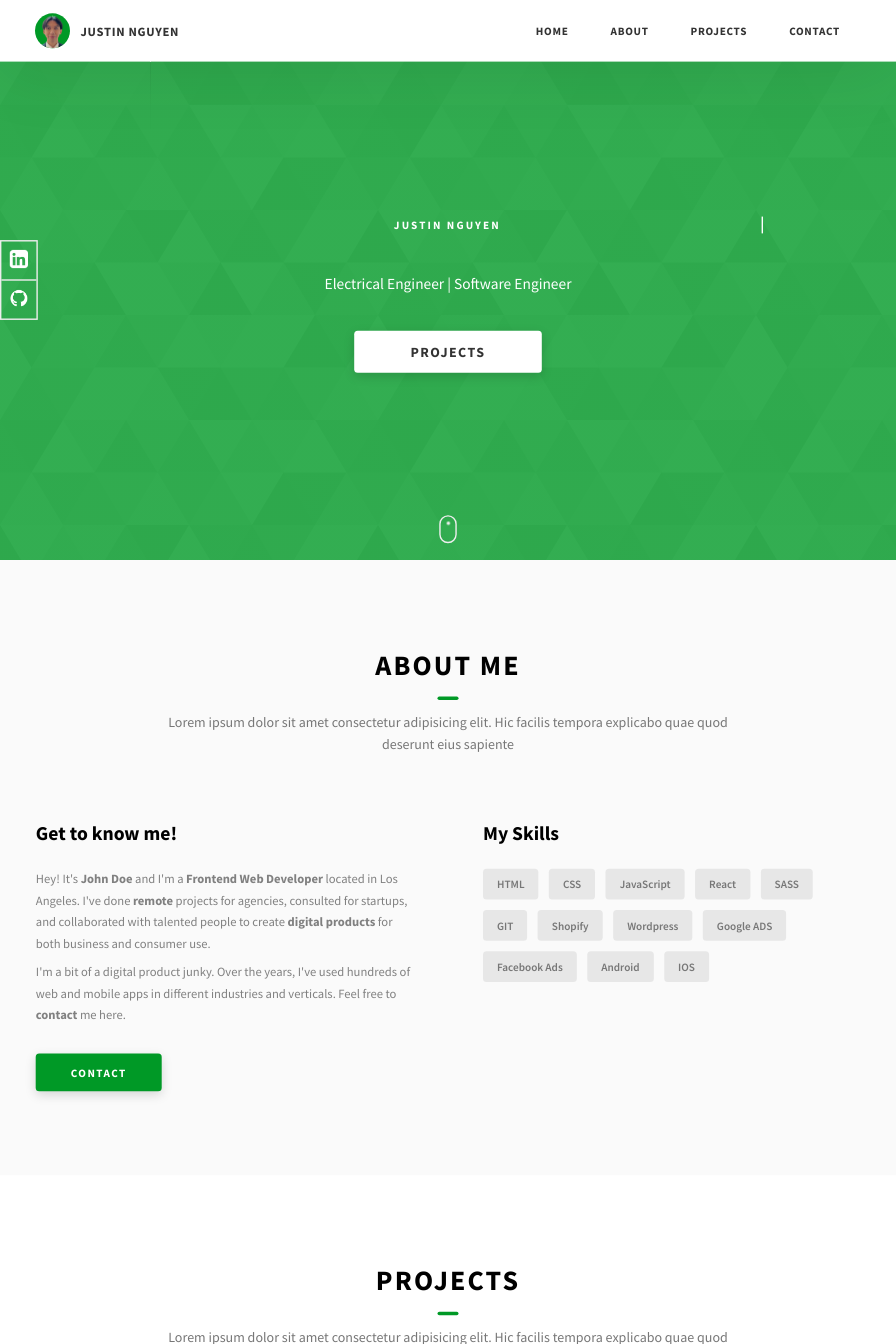
Repository: justinknguyen/Personal-Portfolio
Page: index.html
These files come from the project's save history. The page is drawn as it stood at one moment and after the next save; the edit follows.
The browser window is 1280 px wide. The pictures show the part of the page from y = 0 to 1920 px (the page is 5203 px tall), at 70% of full size.
The style sheet was rebuilt from its Sass, Less or Tailwind sources for each picture, by a compiler version that may differ from the author's.

Above is the page before, as saved 2022-09-02 11:07:06.

### index.html
<!DOCTYPE html>
<html lang="en">
  <head>
    <meta charset="UTF-8" />
    <meta name="viewport" content="width=device-width, initial-scale=1.0" />
    <meta http-equiv="X-UA-Compatible" content="ie=edge" />
    <title>Justin Nguyen</title>
    <meta name="description" content="Portfolio Template for Developer" />

    <link rel="stylesheet" href="css/style.css" />
    <link rel="icon" href="./assets/png/favicon.png">

    <link rel="preconnect" href="https://fonts.googleapis.com" />
    <link rel="preconnect" href="https://fonts.gstatic.com" crossorigin />
    <link
      href="https://fonts.googleapis.com/css2?family=Source+Sans+Pro:wght@400;600;700;900&display=swap"
      rel="stylesheet"
    />
  </head>
  <body>
    <!-- **** Header of Homepage **** -->
    <header class="header">
      <div class="header__content">
        <div class="header__logo-container">
          <div class="header__logo-img-cont">
            <img
              src="./assets/png/justin.png"
              alt="Justin Nguyen Logo Image"
              class="header__logo-img"
            />
          </div>
          <span class="header__logo-sub">Justin Nguyen</span>
        </div>
        <div class="header__main">
          <ul class="header__links">
            <li class="header__link-wrapper">
              <a href="./index.html" class="header__link"> Home </a>
            </li>
            <li class="header__link-wrapper">
              <a href="./index.html#about" class="header__link">About </a>
            </li>
            <li class="header__link-wrapper">
              <a href="./index.html#projects" class="header__link">
                Projects
              </a>
            </li>
            <li class="header__link-wrapper">
              <a href="./index.html#contact" class="header__link"> Contact </a>
            </li>
          </ul>
          <div class="header__main-ham-menu-cont">
            <img
              src="./assets/svg/ham-menu.svg"
              alt="hamburger menu"
              class="header__main-ham-menu"
            />
            <img
              src="./assets/svg/ham-menu-close.svg"
              alt="hamburger menu close"
              class="header__main-ham-menu-close d-none"
            />
          </div>
        </div>
      </div>
      <div class="header__sm-menu">
        <div class="header__sm-menu-content">
          <ul class="header__sm-menu-links">
            <li class="header__sm-menu-link">
              <a href="./index.html"> Home </a>
            </li>

            <li class="header__sm-menu-link">
              <a href="./index.html#about"> About </a>
            </li>

            <li class="header__sm-menu-link">
              <a href="./index.html#projects"> Projects </a>
            </li>

            <li class="header__sm-menu-link">
              <a href="./index.html#contact"> Contact </a>
            </li>
          </ul>
        </div>
      </div>
    </header>
    <!-- END Header -->

    <!-- **** Hero Section of Homepage **** -->
    <section class="home-hero">
      <div class="home-hero__content">

        <!-- <div class="container"> -->
          <!-- <div class="typed-out"> -->
            <h1 class="heading-primary"><span class="typed-out">Justin Nguyen</span></h1>
          <!-- </div> -->
        <!-- </div> -->

        <div class="home-hero__info">
          <p class="text-primary">
            Electrical Engineer | Software Engineer
          </p>
        </div>
        <div class="home-hero__cta">
          <a href="./#projects" class="btn btn--bg">Projects</a>
        </div>
      </div>
      <div class="home-hero__socials">
        <div class="home-hero__social">
          <a
            href="https://www.linkedin.com/in/justin-nguyen-194339184"
            class="home-hero__social-icon-link"
          >
            <img
              src="./assets/png/linkedin-ico.png"
              alt="icon"
              class="home-hero__social-icon"
            />
          </a>
        </div>
        <div class="home-hero__social">
          <a
            href="https://github.com/justinknguyen"
            class="home-hero__social-icon-link home-hero__social-icon-link--bd-none"
          >
            <img
              src="./assets/png/github-ico.png"
              alt="icon"
              class="home-hero__social-icon"
            />
          </a>
        </div>
      </div>
      <div class="home-hero__mouse-scroll-cont">
        <div class="mouse"></div>
      </div>
    </section>
    <!-- /END Hero Section -->

    <!-- **** About Section of Homepage **** -->
    <section id="about" class="about sec-pad">
      <div class="main-container">
        <h2 class="heading heading-sec heading-sec__mb-med">
          <span class="heading-sec__main">About Me</span>
          <span class="heading-sec__sub">
            Lorem ipsum dolor sit amet consectetur adipisicing elit. Hic facilis
            tempora explicabo quae quod deserunt eius sapiente
          </span>
        </h2>
        <div class="about__content">
          <div class="about__content-main">
            <h3 class="about__content-title">Get to know me!</h3>
            <div class="about__content-details">
              <p class="about__content-details-para">
                Hey! It's
                <strong>John Doe</strong>
                and I'm a <strong> Frontend Web Developer </strong> located in
                Los Angeles. I've done
                <strong> remote </strong>
                projects for agencies, consulted for startups, and collaborated
                with talented people to create
                <strong>digital products </strong>
                for both business and consumer use.
              </p>
              <p class="about__content-details-para">
                I'm a bit of a digital product junky. Over the years, I've used
                hundreds of web and mobile apps in different industries and
                verticals. Feel free to
                <strong>contact</strong> me here.
              </p>
            </div>
            <a href="./#contact" class="btn btn--med btn--theme dynamicBgClr"
              >Contact</a
            >
          </div>
          <div class="about__content-skills">
            <h3 class="about__content-title">My Skills</h3>
            <div class="skills">
              <div class="skills__skill">HTML</div>
              <div class="skills__skill">CSS</div>
              <div class="skills__skill">JavaScript</div>
              <div class="skills__skill">React</div>
              <div class="skills__skill">SASS</div>
              <div class="skills__skill">GIT</div>
              <div class="skills__skill">Shopify</div>
              <div class="skills__skill">Wordpress</div>
              <div class="skills__skill">Google ADS</div>
              <div class="skills__skill">Facebook Ads</div>
              <div class="skills__skill">Android</div>
              <div class="skills__skill">IOS</div>
            </div>
          </div>
        </div>
      </div>
    </section>
    <!-- END About Section -->

    <!-- **** Projects Section of Homepage **** -->
    <section id="projects" class="projects sec-pad">
      <div class="main-container">
        <h2 class="heading heading-sec heading-sec__mb-bg">
          <span class="heading-sec__main">Projects</span>
          <span class="heading-sec__sub">
            Lorem ipsum dolor sit amet consectetur adipisicing elit. Hic facilis
            tempora explicabo quae quod deserunt eius sapiente
          </span>
        </h2>

        <div class="projects__content">
          <div class="projects__row">
            <div class="projects__row-img-cont">
              <img
                src="./assets/jpeg/project-mockup-example.jpeg"
                alt="Software Screenshot"
                class="projects__row-img"
                loading="lazy"
              />
            </div>
            <div class="projects__row-content">
              <h3 class="projects__row-content-title">Project 1</h3>
              <p class="projects__row-content-desc">
                Lorem ipsum dolor sit amet consectetur adipisicing elit. Hic
                facilis tempora, explicabo quae quod deserunt eius sapiente
                praesentium.
              </p>
              <a
                href="./project-1.html"
                class="btn btn--med btn--theme dynamicBgClr"
                target="_blank"
                >Case Study</a
              >
            </div>
          </div>
          <div class="projects__row">
            <div class="projects__row-img-cont">
              <img
                src="./assets/jpeg/project-mockup-example.jpeg"
                alt="Software Screenshot"
                class="projects__row-img"
                loading="lazy"
              />
            </div>
            <div class="projects__row-content">
              <h3 class="projects__row-content-title">Project 2</h3>
              <p class="projects__row-content-desc">
                Lorem ipsum dolor sit amet consectetur adipisicing elit. Hic
                facilis tempora, explicabo quae quod deserunt eius sapiente
                praesentium.
              </p>
              <a
                href="./project-2.html"
                class="btn btn--med btn--theme dynamicBgClr"
                target="_blank"
                >Case Study</a
              >
            </div>
          </div>
          <div class="projects__row">
            <div class="projects__row-img-cont">
              <img
                src="./assets/jpeg/project-mockup-example.jpeg"
                alt="Software Screenshot"
                class="projects__row-img"
                loading="lazy"
              />
            </div>
            <div class="projects__row-content">
              <h3 class="projects__row-content-title">Project 3</h3>
              <p class="projects__row-content-desc">
                Lorem ipsum dolor sit amet consectetur adipisicing elit. Hic
                facilis tempora, explicabo quae quod deserunt eius sapiente
                praesentium.
              </p>
              <a
                href="./project-3.html"
                class="btn btn--med btn--theme dynamicBgClr"
                target="_blank"
                >Case Study</a
              >
            </div>
          </div>
        </div>
      </div>
    </section>
    <!-- END Projects Section -->

    <!-- **** Contact Section of Homepage **** -->
    <section id="contact" class="contact sec-pad dynamicBg">
      <div class="main-container">
        <h2 class="heading heading-sec heading-sec__mb-med">
          <span class="heading-sec__main heading-sec__main--lt">Contact</span>
          <span class="heading-sec__sub heading-sec__sub--lt">
            Lorem ipsum dolor sit amet consectetur adipisicing elit. Hic facilis
            tempora explicabo quae quod deserunt eius sapiente
          </span>
        </h2>
        <div class="contact__form-container">
          <form action="#" class="contact__form">
            <div class="contact__form-field">
              <label class="contact__form-label" for="name">Name</label>
              <input
                required
                placeholder="Enter Your Name"
                type="text"
                class="contact__form-input"
                name="name"
                id="name"
              />
            </div>
            <div class="contact__form-field">
              <label class="contact__form-label" for="email">Email</label>
              <input
                required
                placeholder="Enter Your Email"
                type="text"
                class="contact__form-input"
                name="email"
                id="email"
              />
            </div>
            <div class="contact__form-field">
              <label class="contact__form-label" for="message">Message</label>
              <textarea
                required
                cols="30"
                rows="10"
                class="contact__form-input"
                placeholder="Enter Your Message"
                name="message"
                id="message"
              ></textarea>
            </div>
            <button type="submit" class="btn btn--theme contact__btn">
              Submit
            </button>
          </form>
        </div>
      </div>
    </section>
    <!-- END Contact Section -->

    <!-- **** Footer Section **** -->
    <footer class="main-footer">
      <div class="main-container">
        <div class="main-footer__upper">
          <div class="main-footer__row main-footer__row-1">
            <h2 class="heading heading-sm main-footer__heading-sm">
              <span>Social</span>
            </h2>
            <div class="main-footer__social-cont">
              <a target="_blank" rel="noreferrer" href="https://www.linkedin.com/in/justin-nguyen-194339184">
                <img
                  class="main-footer__icon"
                  src="./assets/png/linkedin-ico.png"
                  alt="icon"
                />
              </a>
              <a target="_blank" rel="noreferrer" href="https://github.com/justinknguyen">
                <img
                  class="main-footer__icon main-footer__icon--mr-none"
                  src="./assets/png/github-ico.png"
                  alt="icon"
                />
              </a>
            </div>
          </div>
          <div class="main-footer__row main-footer__row-2">
            <h4 class="heading heading-sm text-lt">Justin Nguyen</h4>
            <p class="main-footer__short-desc">
              Lorem ipsum dolor sit amet consectetur adipisicing elit facilis
              tempora explicabo quae quod deserunt
            </p>
          </div>
        </div>

        <!-- If you give me some credit or shoutout here by linking to my website, then it will be a big thing for me and will help me a lot :) -->
        <div class="main-footer__lower">
          &copy; Copyright 2021. Made by
          <a rel="noreferrer" target="_blank" href="https://rammaheshwari.com"
            >Ram Maheshwari</a
          >
        </div>
      </div>
    </footer>
    <!-- END Footer Section -->

    <script src="./index.js"></script>
  </body>
</html>

Loaded but not shown: css/style.css (722 lines, source omitted); index.js (no copy from this time; the picture is the same without it)

After the next save:
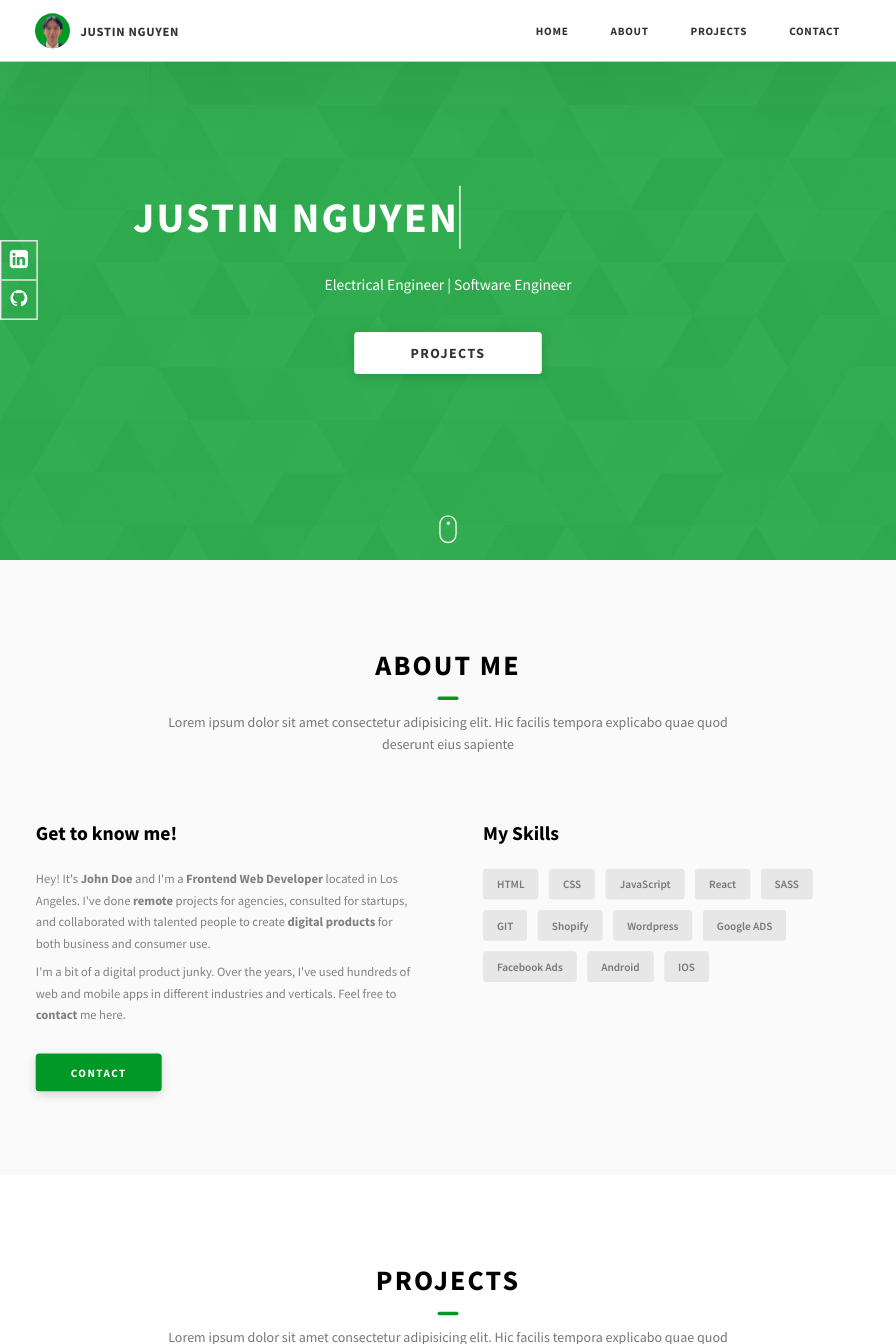
Saved 5 s later.
--- a/index.html
+++ b/index.html
@@ -90,11 +90,11 @@
     <section class="home-hero">
       <div class="home-hero__content">
 
-        <!-- <div class="container"> -->
-          <!-- <div class="typed-out"> -->
-            <h1 class="heading-primary"><span class="typed-out">Justin Nguyen</span></h1>
-          <!-- </div> -->
-        <!-- </div> -->
+        <div class="container">
+          <div class="typed-out">
+            <h1 class="heading-primary">Justin Nguyen</h1>
+          </div>
+        </div>
 
         <div class="home-hero__info">
           <p class="text-primary">
